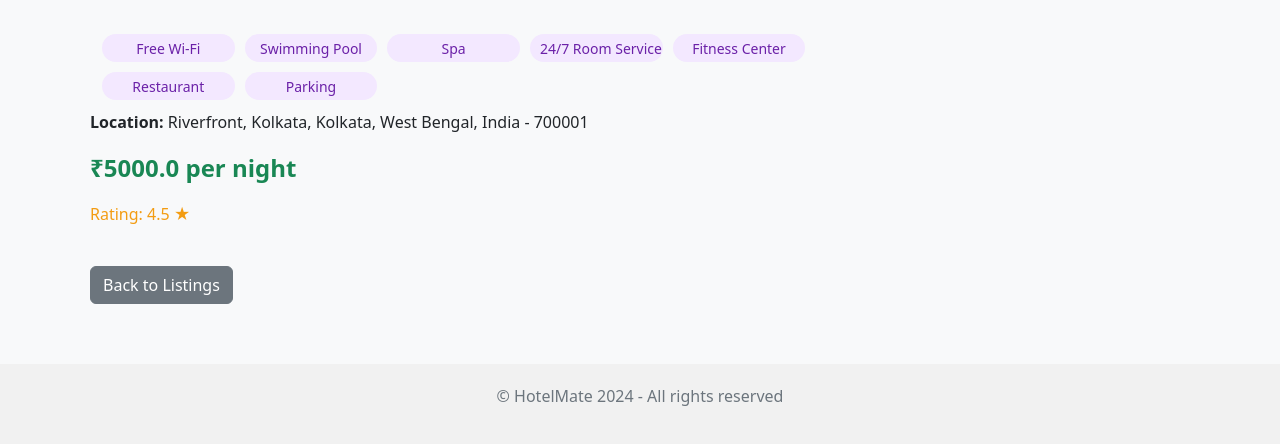
Repository: himanshu2k23/HoteMate
Page: http://localhost/HotelMate/details.jsp
An editor plug-in stored every save of this project. The page is shown before and after the next save, followed by the edit.
The browser window is 1280 px wide. The pictures show the part of the page from y = 706 to 1267 px (the page is 1150 px tall before and 1267 px after).
The page is served by Tomcat 10.

Above is the page before, as saved 2025-01-13 19:23:16.

After the next save:
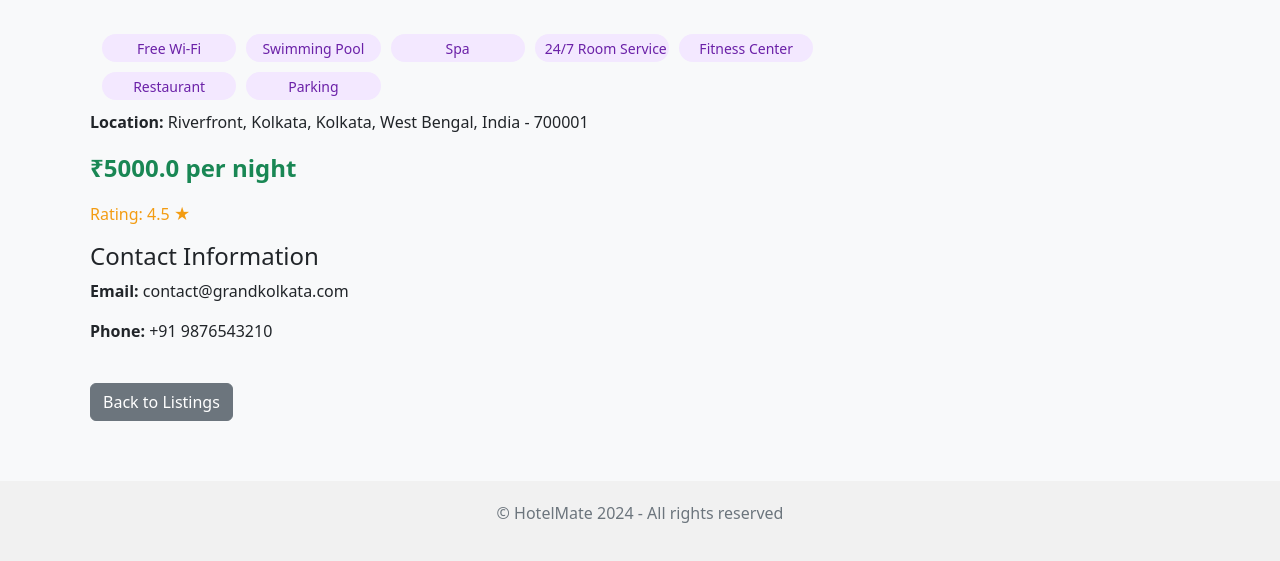
Saved 25 s later.
--- a/HotelMate/src/main/webapp/details.jsp
+++ b/HotelMate/src/main/webapp/details.jsp
@@ -121,7 +121,7 @@ body {
 		</div>
 
 		<!-- Hotel Information -->
-		<div class="row mt-4">
+		<div class=" mt-4">
 
 			<div class="col-md-8">
 				<div class="amenities-list">
@@ -157,7 +157,15 @@ body {
 				</p>
 			</div>
 
-
+			<div class="col-md-4">
+				<h4>Contact Information</h4>
+				<p>
+					<strong>Email:</strong>
+					<%=contactEmail%></p>
+				<p>
+					<strong>Phone:</strong>
+					<%=contactPhone%></p>
+			</div>
 		</div>
 
 		<a href="HotelDataServlet" class="btn btn-secondary mt-4">Back to
